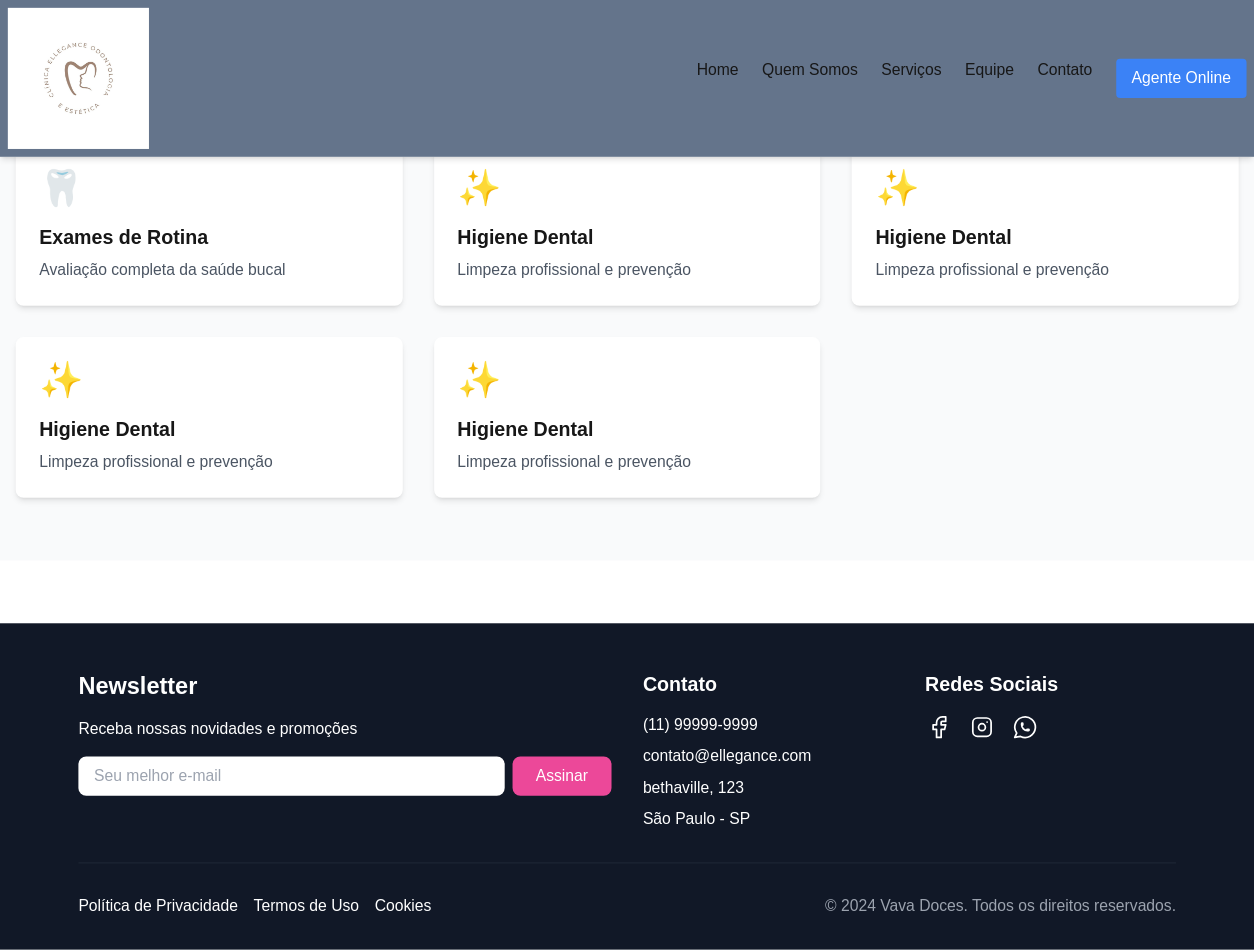
Repository: francisguitt/ellegance_odontologia
Page: /services_
An editor plug-in stored every save of this project. The page is shown before and after the next save, followed by the edit.
The browser window is 1280 px wide. The pictures show the whole page, at 98% of full size.
The project was rebuilt for these pictures with package versions that can differ from the ones it lists, and the page was loaded fresh each time. The framework's server and built-in components were replaced by stand-ins that run in the browser. Also part of the build but not shown: next.config.mjs.

Above is the page before, as saved 2025-02-22 11:24:30.

### src/app/layout.tsx
import type { Metadata } from "next";
import localFont from "next/font/local";
import "./globals.css";
import Header from "@/app/components/header";
import Footer from "@/app/components/footer";

const geistSans = localFont({
  src: "./fonts/GeistVF.woff",
  variable: "--font-geist-sans",
  weight: "100 900",
});
const geistMono = localFont({
  src: "./fonts/GeistMonoVF.woff",
  variable: "--font-geist-mono",
  weight: "100 900",
});

export const metadata: Metadata = {
  title: "Create Next App",
  description: "Generated by create next app",
};

export default function RootLayout({
  children,
}: Readonly<{
  children: React.ReactNode;
}>) {
  return (
    <html lang="en">
      <body
        className={`${geistSans.variable} ${geistMono.variable} antialiased`}
      >
      <Header/>
        {children}
        <Footer/>
      </body>
    </html>
  );
}

### src/app/services_/page.tsx
const Services = () => {
    const services = [
      {
        title: 'Exames de Rotina',
        description: 'Avaliação completa da saúde bucal',
        icon: '🦷'
      },
      {
        title: 'Higiene Dental',
        description: 'Limpeza profissional e prevenção',
        icon: '✨'
      },
      {
        title: 'Higiene Dental',
        description: 'Limpeza profissional e prevenção',
        icon: '✨'
      },
      {
        title: 'Higiene Dental',
        description: 'Limpeza profissional e prevenção',
        icon: '✨'
      },
      {
        title: 'Higiene Dental',
        description: 'Limpeza profissional e prevenção',
        icon: '✨'
      },
    ];

    return (
      <section id="services" className="py-16 bg-gray-50">
        <div className="container mx-auto px-4">
          <h2 className="text-3xl font-bold text-center mb-12">Nossos Serviços</h2>
          <div className="grid grid-cols-1 md:grid-cols-3 gap-8">
            {services.map((service, index) => (
              <div key={index} className="bg-white p-6 rounded-lg shadow-md">
                <div className="text-4xl mb-4">{service.icon}</div>
                <h3 className="text-xl font-semibold mb-2">{service.title}</h3>
                <p className="text-gray-600">{service.description}</p>
              </div>
            ))}
          </div>
        </div>
      </section>
    );
  };

  export default Services;

### src/app/components/header.tsx


"use client";
import { useState } from 'react';
import { Link } from 'react-scroll';
import Image from 'next/image';
import logo from "@/images/logo_odonto.jpg";
import { IconMenu2, IconX } from '@tabler/icons-react';

const Header = () => {
  const [isMenuOpen, setIsMenuOpen] = useState(false);

  const toggleMenu = () => {
    setIsMenuOpen(!isMenuOpen);
  };

  const menuItems = [
    { to: "home", label: "Home" },
    { to: "about", label: "Quem Somos" },
    { to: "services", label: "Serviços" },
    { to: "team", label: "Equipe" },
    { to: "contact", label: "Contato" },
  ];

  return (
    <header className="fixed w-full  bg-white shadow-md z-50">
      <div className="container mx-auto px-2 py-2 flex justify-between items-center bg-slate-500">
        <div className="logo px-0 py-0">
          <Image
            src={logo}
            alt="Ellegance Dental"
            className="w-36 h-36"
          />
        </div>

        {/* Desktop Navigation */}
        <nav className="hidden md:flex space-x-6">
          {menuItems.map((item) => (
            <Link
              key={item.to}
              to={item.to}
              smooth={true}
              className="cursor-pointer hover:text-blue-500 transition-colors"
            >
              {item.label}
            </Link>
          ))}
          <button className="bg-blue-500 text-white px-4 py-2 rounded hover:bg-blue-600 transition-colors">
            Agente Online
          </button>
        </nav>

        {/* Mobile Menu Button */}
        <button
          onClick={toggleMenu}
          className="md:hidden text-gray-600 hover:text-blue-500 transition-colors"
        >
          {isMenuOpen ? <IconX size={24} /> : <IconMenu2 size={24} />}
        </button>
      </div>

      {/* Mobile Navigation */}
      <nav className={`
        md:hidden bg-white
        transition-all duration-300 ease-in-out
        ${isMenuOpen ? 'max-h-96 opacity-100' : 'max-h-0 opacity-0'}
        overflow-hidden
      `}>
        <div className="container mx-auto px-4 py-2 flex flex-col space-y-4">
          {menuItems.map((item) => (
            <Link
              key={item.to}
              to={item.to}
              smooth={true}
              className="cursor-pointer hover:text-blue-500 transition-colors py-2"
              onClick={() => setIsMenuOpen(false)}
            >
              {item.label}
            </Link>
          ))}
          <button className="bg-blue-500 text-white px-4 py-2 rounded hover:bg-blue-600 transition-colors w-full">
            Agente Online
          </button>
        </div>
      </nav>
    </header>
  );
};

export default Header;

### src/app/components/footer.tsx
'use client'
import { useState } from 'react'
import {
  IconBrandFacebook,
  IconBrandInstagram,
  IconBrandWhatsapp,
  IconMail
} from '@tabler/icons-react'

function Footer() {
  const [email, setEmail] = useState('')

  const handleSubmit = (e: React.FormEvent) => {
    e.preventDefault()
    setEmail('')
  }

  return (
    <footer className="bg-gray-900 text-white pt-12 mt-16">
      <div className="max-w-6xl mx-auto px-4">
        <div className="grid grid-cols-1 md:grid-cols-4 gap-8 pb-8">
          <div className="col-span-1 md:col-span-2">
            <h3 className="text-2xl font-bold mb-4">Newsletter</h3>
            <p className="mb-4">Receba nossas novidades e promoções</p>
            <form onSubmit={handleSubmit} className="flex gap-2">
              <input
                type="email"
                value={email}
                onChange={(e) => setEmail(e.target.value)}
                placeholder="Seu melhor e-mail"
                className="flex-1 px-4 py-2 rounded-lg text-gray-900"
                required
              />
              <button
                type="submit"
                className="bg-pink-500 px-6 py-2 rounded-lg hover:bg-pink-600 transition"
              >
                Assinar
              </button>
            </form>
          </div>

          <div>
            <h3 className="text-xl font-bold mb-4">Contato</h3>
            <ul className="space-y-2">
              <li>
                <a href="tel:+5511999999999" className="hover:text-pink-400">
                  (11) 99999-9999
                </a>
              </li>
              <li>
                <a href="mailto:contato@elleganceodontologia.com" className="hover:text-pink-400">
                  contato@ellegance.com
                </a>
              </li>
              <li>bethaville, 123</li>
              <li>São Paulo - SP</li>
            </ul>
          </div>

          <div>
            <h3 className="text-xl font-bold mb-4">Redes Sociais</h3>
            <div className="flex gap-4">
              <a href="https://facebook.com" target="_blank" rel="noopener noreferrer"
                className="hover:text-pink-400 transition">
                <IconBrandFacebook size={28} stroke={1.5} />
              </a>
              <a href="https://instagram.com" target="_blank" rel="noopener noreferrer"
                className="hover:text-pink-400 transition">
                <IconBrandInstagram size={28} stroke={1.5} />
              </a>
              <a href="https://wa.me/5511999999999" target="_blank" rel="noopener noreferrer"
                className="hover:text-pink-400 transition">
                <IconBrandWhatsapp size={28} stroke={1.5} />
              </a>
            </div>
          </div>
        </div>

        <div className="border-t border-gray-800 py-8">
          <div className="flex flex-col md:flex-row justify-between items-center">
            <div className="flex gap-4 mb-4 md:mb-0">
              <a href="/politica-privacidade" className="hover:text-pink-400 transition">
                Política de Privacidade
              </a>
              <a href="/termos-uso" className="hover:text-pink-400 transition">
                Termos de Uso
              </a>
              <a href="/cookies" className="hover:text-pink-400 transition">
                Cookies
              </a>
            </div>
            <p className="text-gray-400">
              © {new Date().getFullYear()} Vava Doces. Todos os direitos reservados.
            </p>
          </div>
        </div>
      </div>
    </footer>
  )
}
export default Footer;

Loaded but not shown: src/app/globals.css (common file); tailwind.config.ts (common file)

After the next save:
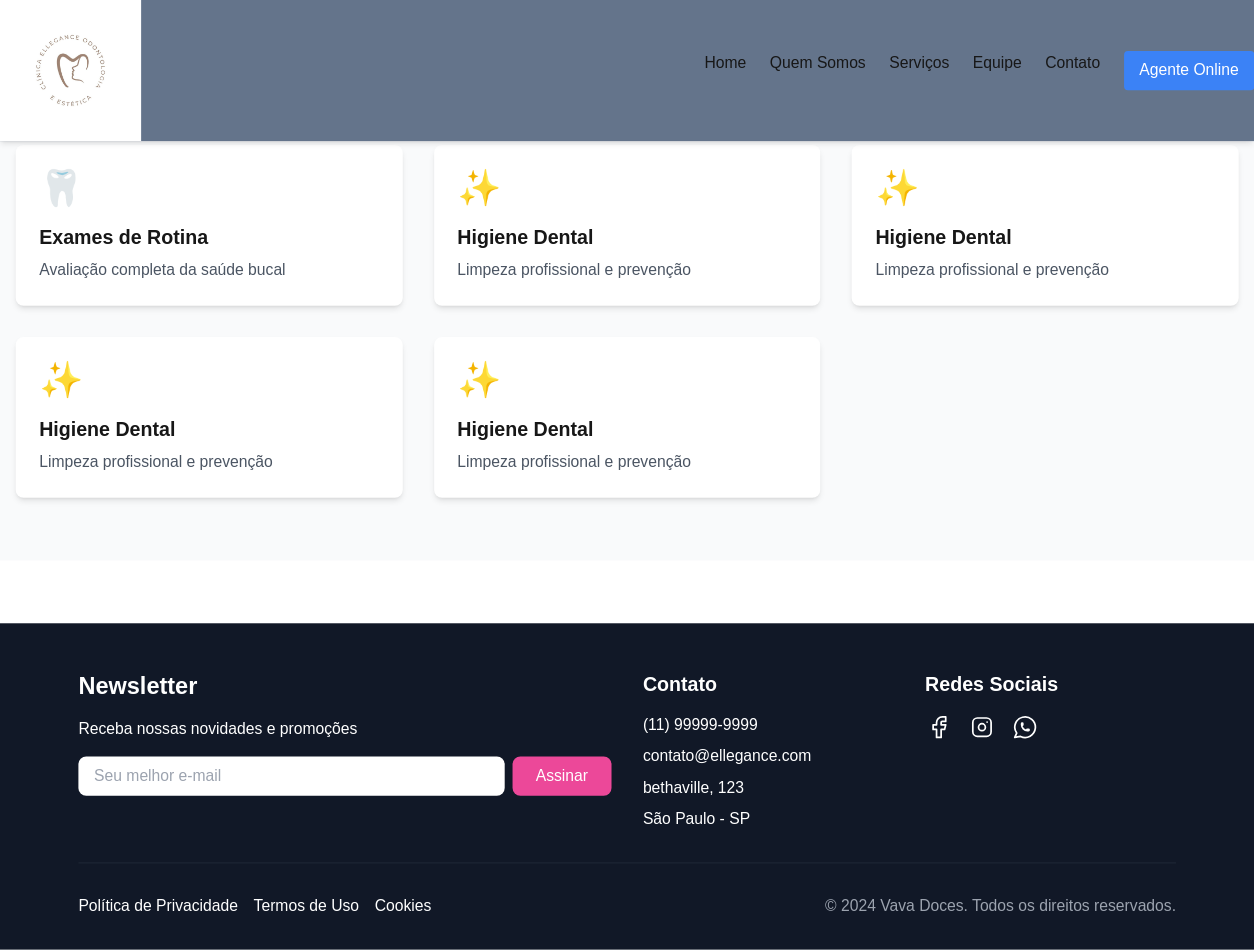
Saved 16 s later.
--- a/src/app/components/header.tsx
+++ b/src/app/components/header.tsx
@@ -24,7 +24,7 @@ const Header = () => {
 
   return (
     <header className="fixed w-full  bg-white shadow-md z-50">
-      <div className="container mx-auto px-2 py-2 flex justify-between items-center bg-slate-500">
+      <div className="container mx-auto  flex justify-between items-center bg-slate-500">
         <div className="logo px-0 py-0">
           <Image
             src={logo}
